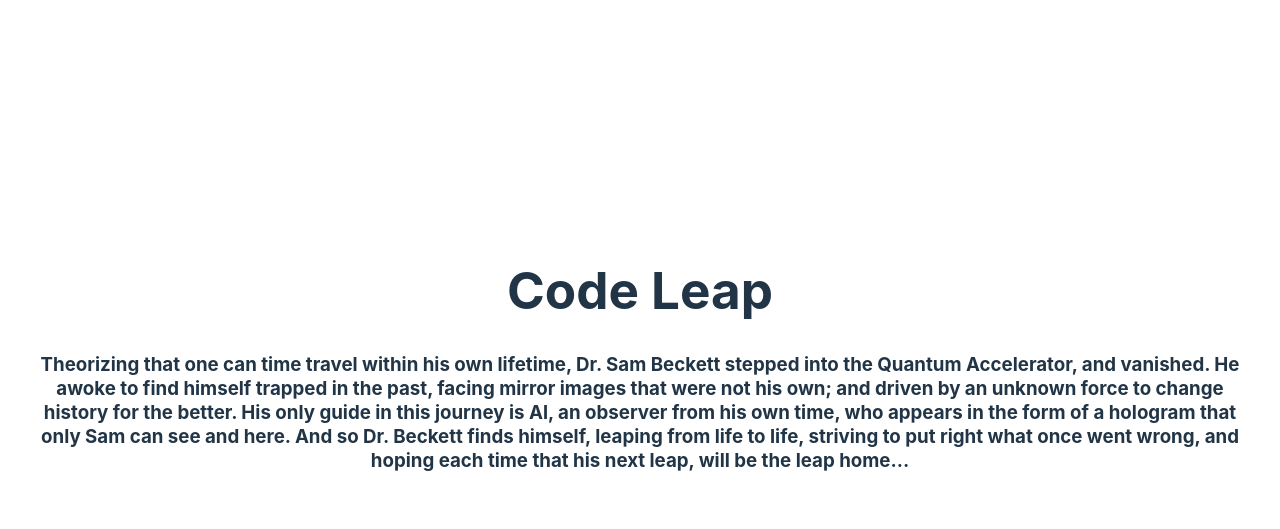
Repository: mplayer78/code-leap
Page: /
An editor plug-in stored every save of this project. The page is shown before and after the next save, followed by the edit.
The browser window is 1280 px wide. The pictures show the whole page.
The project was rebuilt for these pictures with package versions that can differ from the ones it lists, and the page was loaded fresh each time. Also part of the build but not shown: vite.config.ts.

Above is the page before, as saved 2022-08-28 09:34:17.
Console error: ReferenceError: intro is not defined

After the next save:
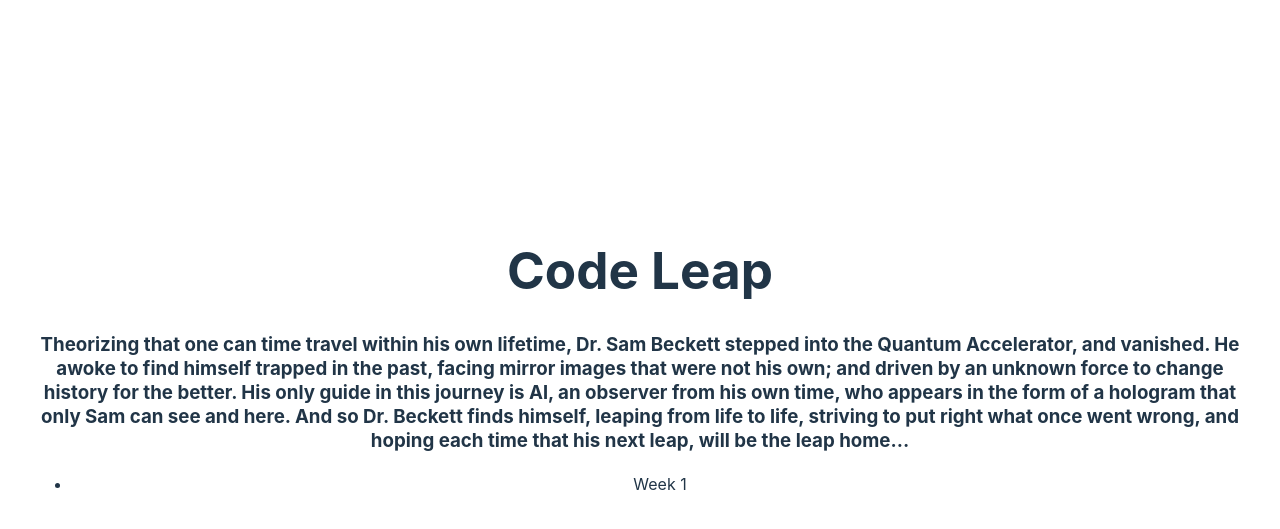
The error is gone.
Saved 14 s later.
--- a/src/components/DaysList.vue
+++ b/src/components/DaysList.vue
@@ -2,8 +2,6 @@
 import challenges from '../challenges/challenges'
 
 defineProps<{ msg: string }>()
-
-const introObj = intro();
 
 </script>
 
